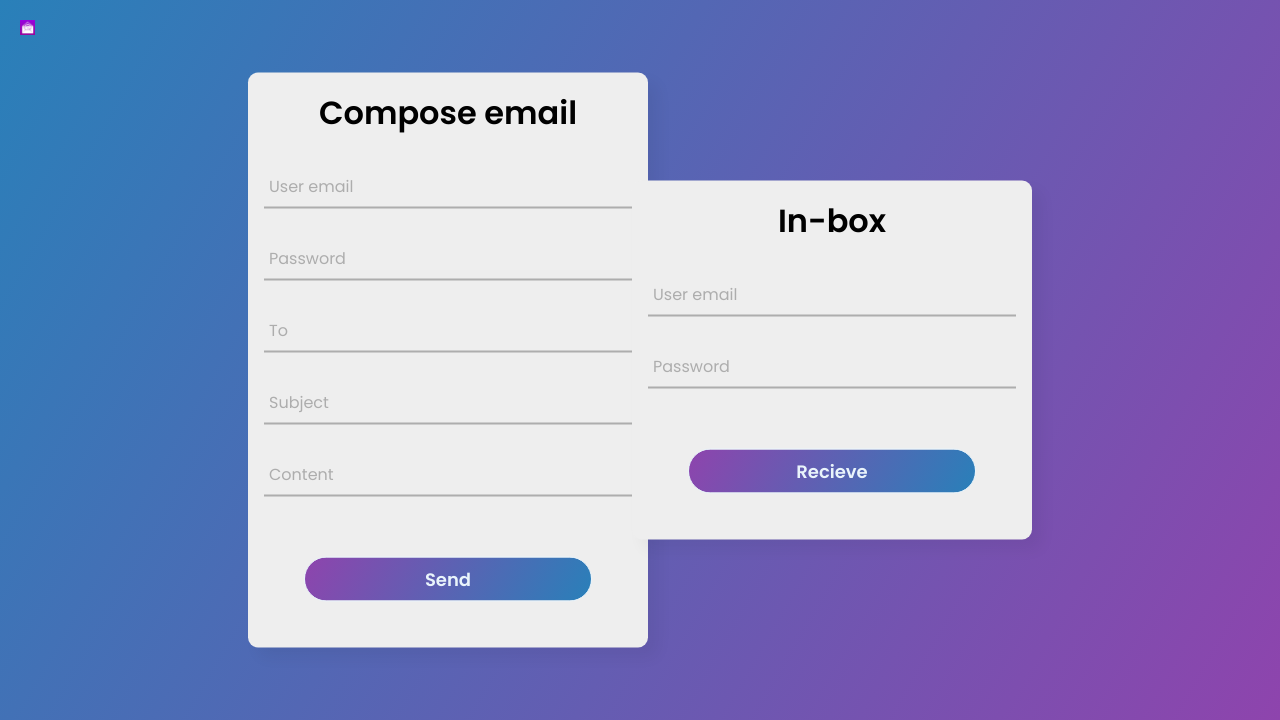
Repository: 20PW01-Abishek/Mail-EZ-in-JAVA
Page: Java package/javapackage/src/main/webapp/index.html
An editor plug-in stored every save of this project. The page is shown before and after the next save, followed by the edit.
The browser window is 1280 px wide. The pictures show the whole page.

Above is the page before, as saved 2022-11-07 13:26:05.

After the next save:
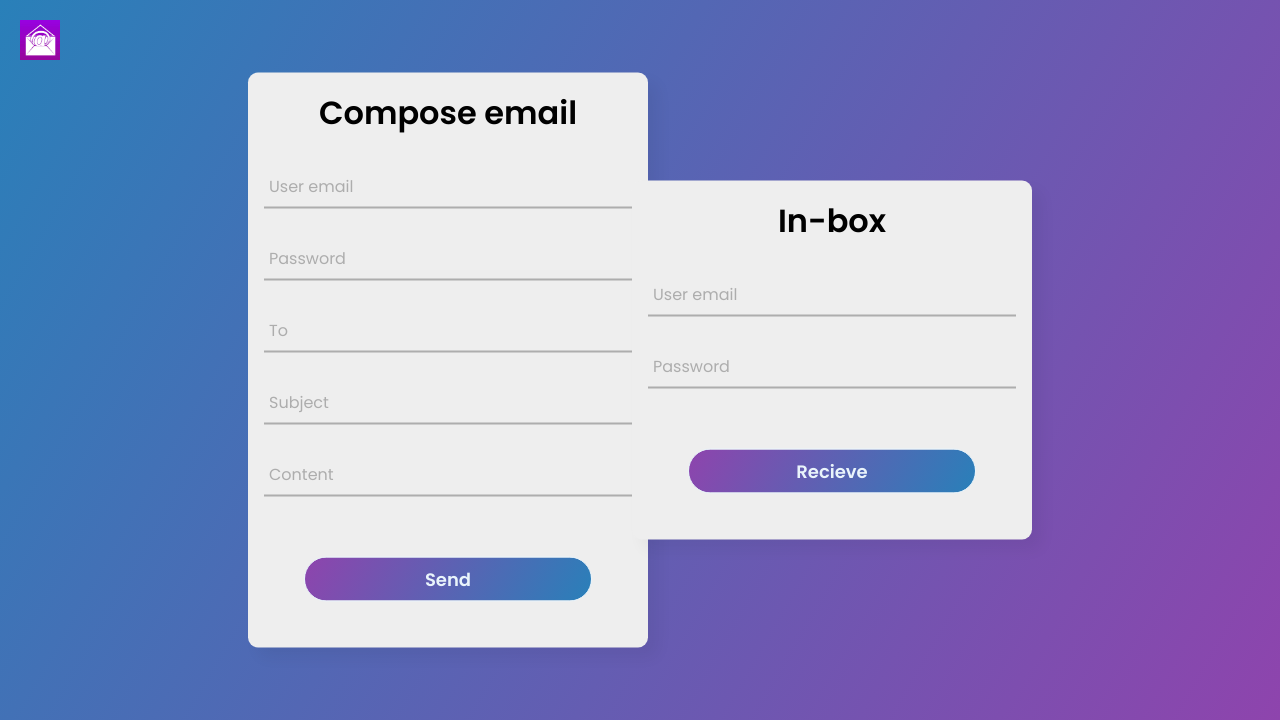
Saved 9 s later.
--- a/Java package/javapackage/src/main/webapp/index.html
+++ b/Java package/javapackage/src/main/webapp/index.html
@@ -8,8 +8,8 @@
 </head>
 <body>
 	<img style="	margin: 20px;
-	height: 15px;
-	width: 15px;" src="logo.png">
+	height: 40px;
+	width: 40px;" src="logo.png">
 	<div class="parent">
 	<div class="center1">
       <h1>Compose email</h1>
